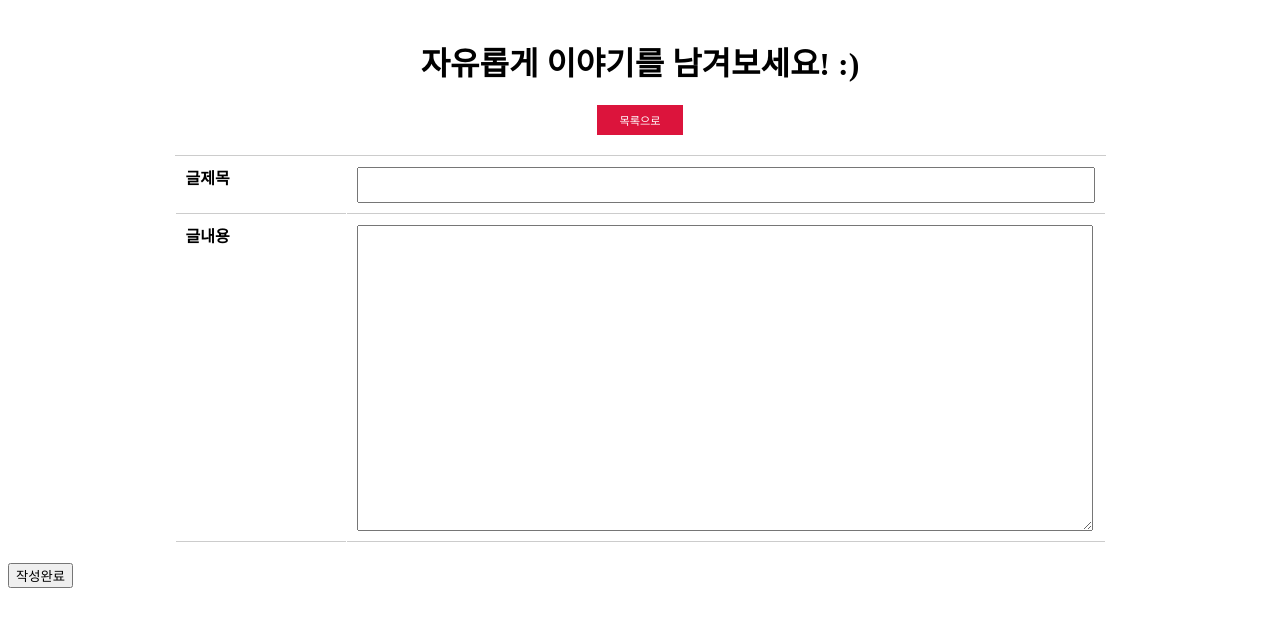
Repository: minkyung0421/NMT_Project
Page: http://localhost/MyPage_Project/Write.jsp
An editor plug-in stored every save of this project. The page is shown before and after the next save, followed by the edit.
The browser window is 1280 px wide. The pictures show the whole page.
The page is served by Tomcat 9.

Above is the page before, as saved 2018-08-30 23:20:58.

### NMT_Project/MyPage_Project/WebContent/Write.jsp
<%@ page language="java" contentType="text/html; charset=UTF-8"
    pageEncoding="UTF-8"%>
<!DOCTYPE html PUBLIC "-//W3C//DTD HTML 4.01 Transitional//EN" "http://www.w3.org/TR/html4/loose.dtd">
<html>
<head>
<meta http-equiv="Content-Type" content="text/html; charset=UTF-8">
<title>Board</title>
<style>
	table.type04 {
    border-collapse: separate;
    border-spacing: 1px;
    text-align: left;
    line-height: 1.5;
    border-top: 1px solid #ccc;
  margin : 20px 10px;
}
table.type04 th {
    width: 150px;
    padding: 10px;
    font-weight: bold;
    vertical-align: top;
    border-bottom: 1px solid #ccc;
}
table.type04 td {
    width: 350px;
    padding: 10px;
    vertical-align: top;
    border-bottom: 1px solid #ccc;
}

      #board_title{width:730px; height:30px;}

      #board_content{width:730px; height:300px;}

         button{
        background:crimson;
        color:#fff;
        border:none;
        position:relative;
        height:30px;
        font-size:0.7em;
        padding:0 2em;
        cursor:pointer;
        transition:800ms ease all;
        outline:none;
      }
      button:hover{
        background:#fff;
        color:crimson;
      }
      button:before,button:after{
        content:'';
        position:absolute;
        top:0;
        right:0;
        height:2px;
        width:0;
        background: crimson;
        transition:400ms ease all;
      }
      button:after{
        right:inherit;
        top:inherit;
        left:0;
        bottom:0;
      }
      button:hover:before,button:hover:after{
        width:100%;
        transition:800ms ease all;
      }
</style>
</head>
<body>
 <center><h1 style = "margin-top:3%">자유롭게 이야기를 남겨보세요! :)</h1>
        <a href = "list.jsp"><button>목록으로</button></a></center>
<form name="insertFrm" id="insertFrm" action="insert.jsp">
<center>
    <table class="type04">
	 <tr>
        <th scope="row">글제목</th>
        <td><input type="text" id="board_title" name="board_title"></td>
    </tr>
    <tr>
        <th scope="row">글내용</th>
        <td><textarea id="board_content" name="board_content"></textarea></td>
    </tr>
    </table>
</center>
  </form>

  <div class="Btn">

    <input type="button" value="작성완료" class = "button" id="insert" OnClick="javascript:Insert();">
  </div>
</body>
<script>
	function Insert(){
		var insertFrm = document.insertFrm;
		if(!insertFrm.board_title.value){
			alert("글제목을 작성해주세요;)");
			insertFrm.board_title.focus();
			return;
		}

		if(!insertFrm.board_content.value){
			alert("내용을 적어주세요;)");
			insertFrm.board_content.focus();
			return;
		}

		insertFrm.submit();
	}
</script>
</html>

After the next save:
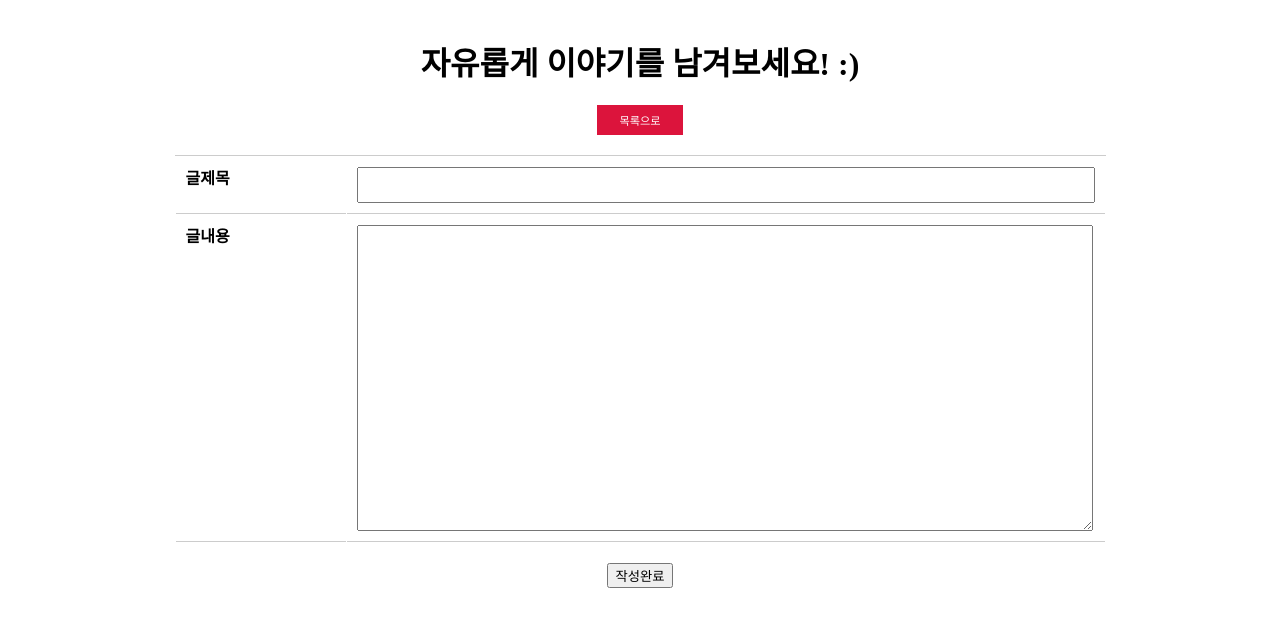
Saved 18 s later.
--- a/NMT_Project/MyPage_Project/WebContent/Write.jsp
+++ b/NMT_Project/MyPage_Project/WebContent/Write.jsp
@@ -90,7 +90,7 @@ table.type04 td {
 
   <div class="Btn">
 
-    <input type="button" value="작성완료" class = "button" id="insert" OnClick="javascript:Insert();">
+    <center><input type="button" value="작성완료" class = "button" id="insert" OnClick="javascript:Insert();"></center>
   </div>
 </body>
 <script>
